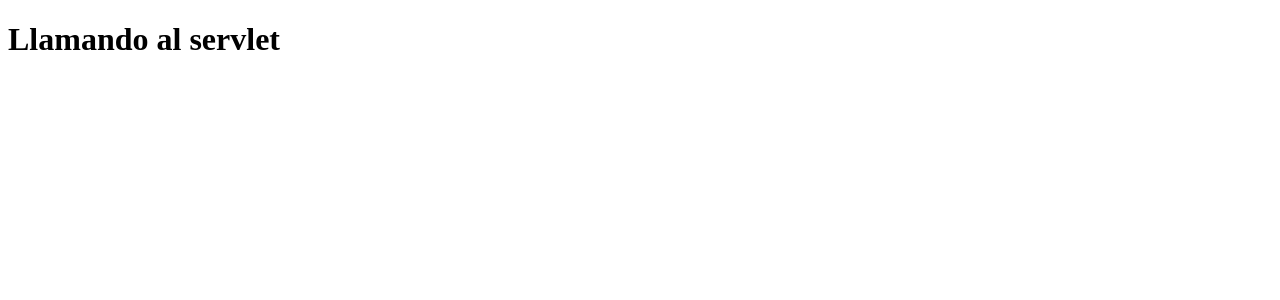
Repository: SRubiRosales/JavaBasico
Page: http://localhost/HolaMundoServlets/
An editor plug-in stored every save of this project. The page is shown before and after the next save, followed by the edit.
The browser window is 1280 px wide. The pictures show the whole page.
The page is served by Tomcat 9.

Above is the page before, as saved 2022-04-25 16:57:29.

After the next save:
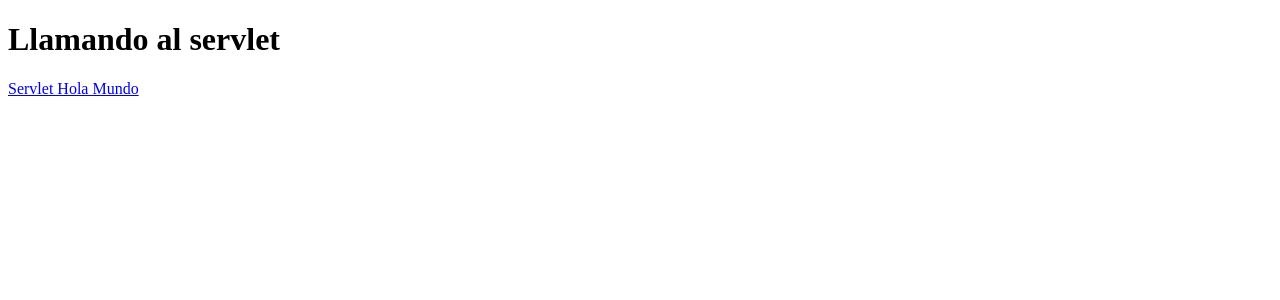
Saved 14 s later.
--- a/HolaMundoServlets/src/main/webapp/index.jsp
+++ b/HolaMundoServlets/src/main/webapp/index.jsp
@@ -6,6 +6,6 @@
 	</head>
 	<body>
 		<h1>Llamando al servlet</h1>
-		<a href="HolaMundoServlets/holamundo"></a>
+		<a href="HolaMundoServlets/holamundo">Servlet Hola Mundo</a>
 	</body>
 </html>
